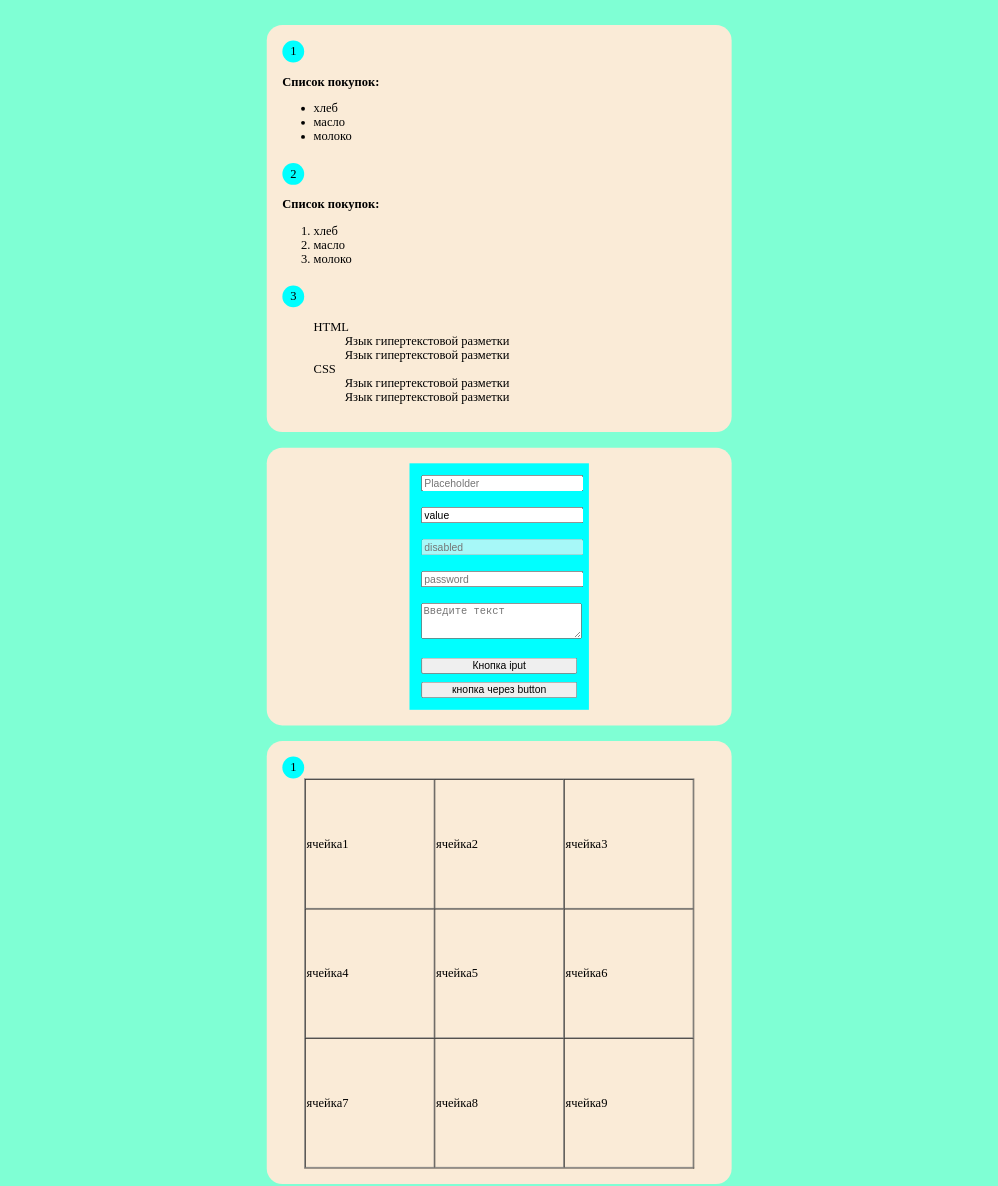
Repository: Savich01/-
Page: html/index.html
The author's editor kept a copy of each file at every save. The page is drawn from the files as they stood at one save, then again after the next save.
The browser window is 1280 px wide. The pictures show the whole page, at 78% of full size.

Above is the page before, as saved 2024-05-31 16:14:58.

### html/index.html
<!DOCTYPE html>
<html lang="en">
<head>
    <meta charset="UTF-8">
    <meta name="viewport" content="width=device-width, initial-scale=1.0">
    <title>Document</title>
    <link rel="stylesheet" href="/css/style.css">
</head>
<body>

    <header class="header">

    </header>
    <main class="main">
        <div class="container">
            <section class="section-1">
                <div class="block">1</div>
                <p class="text">
                    <b>Список покупок:</b>
                </p>
                <ul class="list">
                    <li>хлеб</li>
                    <li>масло</li>
                    <li>молоко</li>
                </ul>

                <div class="block">2</div>
                <p class="text">
                    <b>Список покупок:</b>
                </p>
                <ol class="list">
                    <li>хлеб</li>
                    <li>масло</li>
                    <li>молоко</li>
                </ol>

                <div class="block">3</div>
                <ul class="main-list--item">
                    <li>HTML
                        <ul>
                            <li class="main-link">Язык гипертекстовой разметки</li>
                            <li class="main-link">Язык гипертекстовой разметки</li>
                        </ul>
                    </li>
                    <li>CSS
                        <ul>
                            <li class="main-link">Язык гипертекстовой разметки</li>
                            <li class="main-link">Язык гипертекстовой разметки</li>
                        </ul>
                    </li>
                </ul>
            </section>

            <section class="section-2">
                <form action="#" class="form">
                    <input class="input" type="text" placeholder="Placeholder">
                    <input class="input" type="text" value="value">
                    <input class="input" type="text" disabled="disabled" placeholder="disabled">
                    <input class="input" type="password" placeholder="password">
                    <textarea class="textarea" placeholder="Введите текст"></textarea>
                    <input class="input-btn" type="button" value="Кнопка iput">
                    <button class="button">кнопка через button</button>
                </form>
            </section>

            <section class="section-3">
                <div class="block">1</div>
                <table class="table" width=500 height=500 border="1" cellpedding="0" cellspacing="0">
                    <tr class="table-line">
                        <td>ячейка1</td>
                        <td>ячейка2</td>
                        <td>ячейка3</td>
                    </tr>
                    <tr>
                        <td>ячейка4</td>
                        <td>ячейка5</td>
                        <td>ячейка6</td>
                    </tr>
                    <tr>
                        <td>ячейка7</td>
                        <td>ячейка8</td>
                        <td>ячейка9</td>
                    </tr>
                </table>
            </section>
        </div>
    </main>
    <footer class="footer">

    </footer>

</body>
</html>

### css/style.css
body{
    max-width: 600px;
    height: 100%;
    margin: 0 auto;
    background-color: aquamarine;
    padding: 0px 10px;
}

.container{
    padding: 2px;
    margin-top: 30px;
}
/* ==========SECTION-1========================== */
.section-1{
    padding: 20px;
    background-color: antiquewhite;
    border-radius: 20px;
    margin-bottom: 20px;
}

.block{
    background-color:aqua;
    display: inline-block;
    padding: 5px 10px;
    border-radius: 100%;
}

.list{
    margin-bottom: 25px;
}
.main-list--item{
    list-style: none;
    /* text-decoration: none; */
}

.main-link{
    list-style: none;
}

/* ==========SECTION-2========================== */

.section-2{
    background-color: antiquewhite;
    border-radius: 20px;
    padding: 20px;
    margin-bottom: 20px;
}

.form{
    margin: 0 auto;
    max-width: 200px;
    padding: 15px;
    background-color: aqua;
}
.input{
    margin: 0 auto;
    width: 100%;
    margin-bottom: 20px;
}
.textarea{
    width: 100%;
    height: 40px;
    margin-bottom: 20px;
}

.input-btn{
    display: block;
    width: 100%;
    margin-bottom: 10px;
    cursor: pointer;
}
.button{
    display: block;
    width: 100%;
    cursor: pointer;
}

/* ==========SECTION-3========================== */

.section-3{
    background-color: antiquewhite;
    border-radius: 20px;
    padding: 20px;
}

.table{
    margin: 0 auto;
    /* height: 200px; */
}

After the next save:
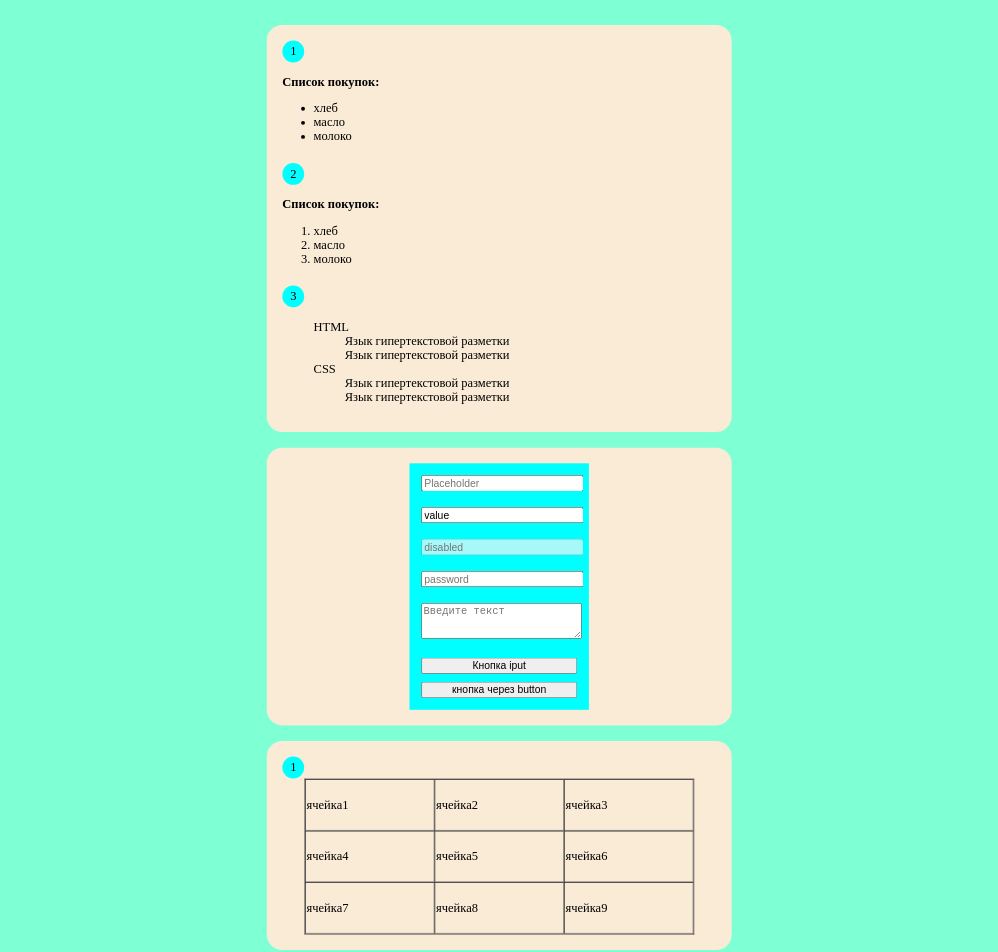
Saved 4 s later.
--- a/html/index.html
+++ b/html/index.html
@@ -65,7 +65,7 @@
 
             <section class="section-3">
                 <div class="block">1</div>
-                <table class="table" width=500 height=500 border="1" cellpedding="0" cellspacing="0">
+                <table class="table" width=500 height=200 border="1" cellpedding="0" cellspacing="0">
                     <tr class="table-line">
                         <td>ячейка1</td>
                         <td>ячейка2</td>
